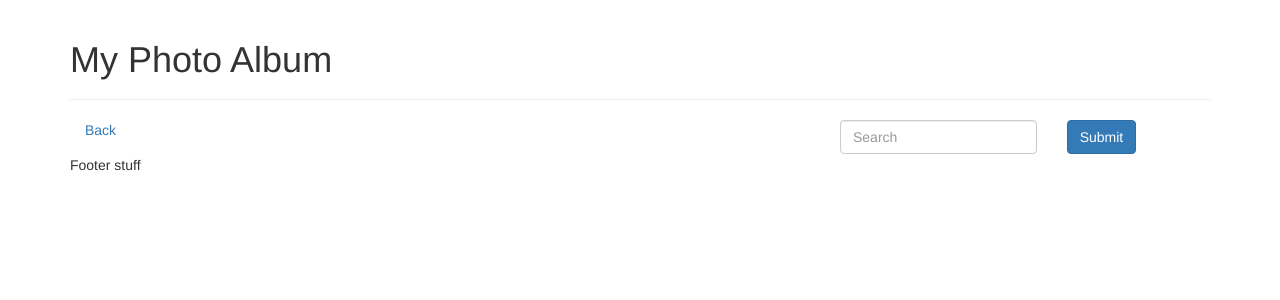
Repository: SanityLacking/MVC-Flickr-Twitter
Page: index.html
The author's editor kept a record of every edit. The page is drawn from the files as they stood at one moment, then again after the next edit.
The browser window is 1280 px wide. The pictures show the whole page.
Some web libraries are served in a nearby version.

Above is the page before.
Not found: assets/style/style.css

After the next edit:
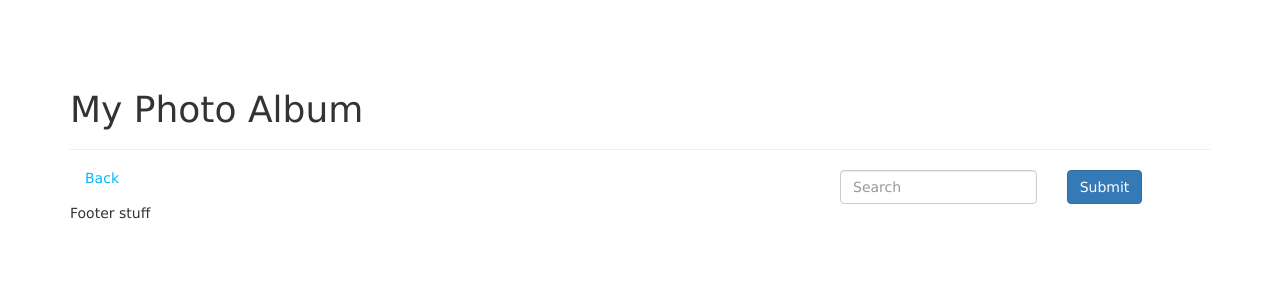
The edit:
--- a/index.html
+++ b/index.html
@@ -14,7 +14,7 @@
 
 
 		<!-- Custom CSS -->
-		<link rel="stylesheet" type="text/css" href="assets/style/style.css">
+		<link rel="stylesheet" type="text/css" href="assets/stylesheet/styles.css">
 		<!-- Models -->
 		<script src="models/image.js"></script>
 
